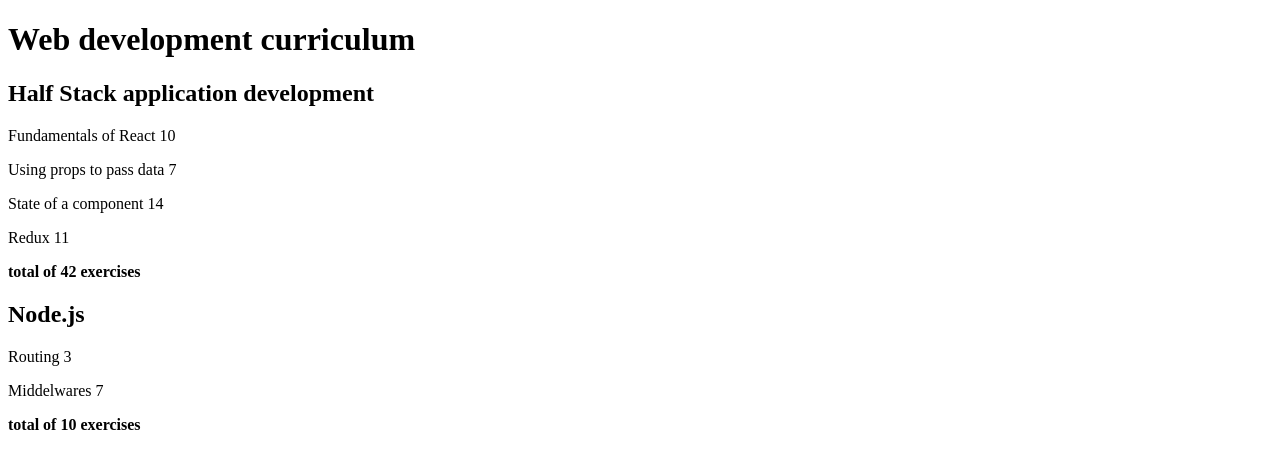
Repository: Hwenyi/full-stack-open
Page: / (app in part2/courseinfo/)
An editor plug-in stored every save of this project. The page is shown before and after the next save, followed by the edit.
The browser window is 1280 px wide. The pictures show the whole page.
The project was rebuilt for these pictures with package versions that can differ from the ones it lists, and the page was loaded fresh each time. Also part of the build but not shown: part2/courseinfo/src/App.css.

Above is the page before, as saved 2023-10-13 10:39:17.

After the next save:
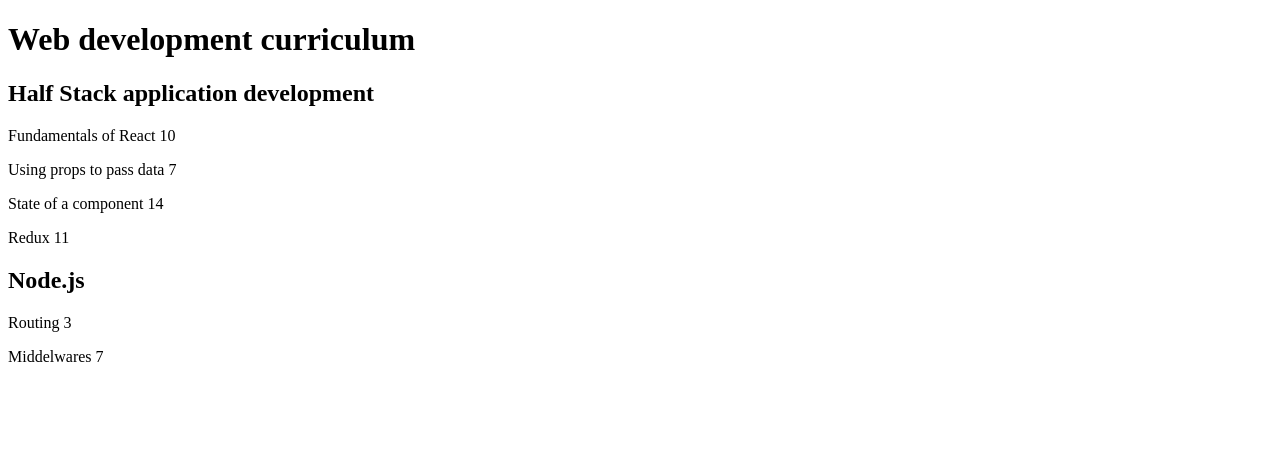
Saved 3 min 34 s later.
--- a/part2/courseinfo/src/components/Content.js
+++ b/part2/courseinfo/src/components/Content.js
@@ -1,18 +1,13 @@
 import Part from './Part'
 
 const Content = ({ parts }) => {
-  const total = parts.reduce((s, p) => {
-    return s + p.exercises
-  }, 0)
 
   return (
     <div>
       {parts.map(part => {
         return <Part key={part.id} part={part} />
       })}
-      <p>
-        <b>total of {total} exercises</b>
-      </p>
+
     </div>
   )
 }

After the 4 saves that followed:
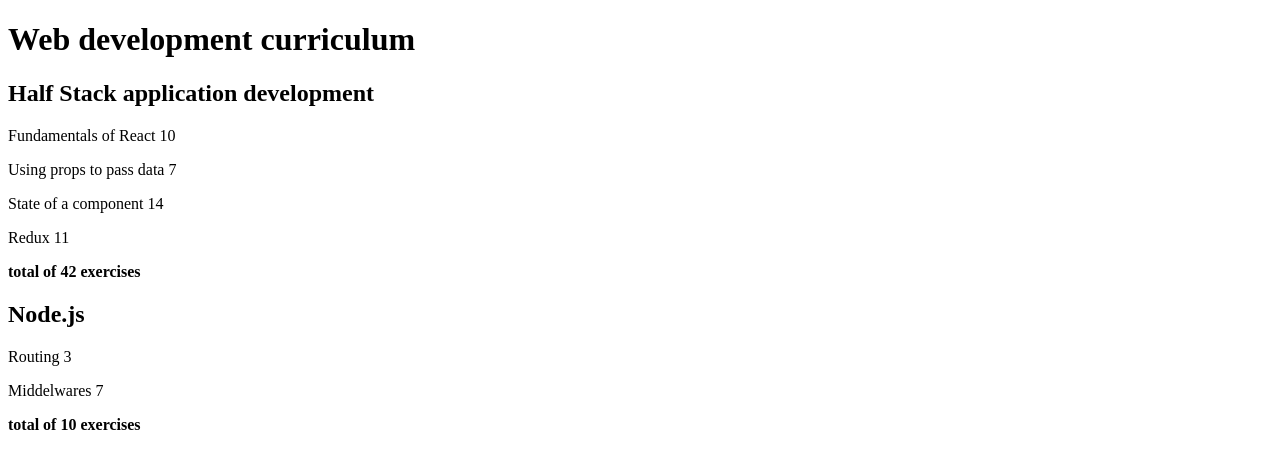
The 4 saves are shown as one change because 3 left the picture as it was.
The last was saved 9 min 19 s later.
--- a/part2/courseinfo/src/components/Content.js
+++ b/part2/courseinfo/src/components/Content.js
@@ -1,13 +1,16 @@
 import Part from './Part'
 
 const Content = ({ parts }) => {
+  const total = parts.reduce((sum,part) => sum + part.exercises,0)
 
   return (
     <div>
       {parts.map(part => {
         return <Part key={part.id} part={part} />
       })}
-
+      <p>
+        <b>total of {total} exercises</b>
+      </p>
     </div>
   )
 }
